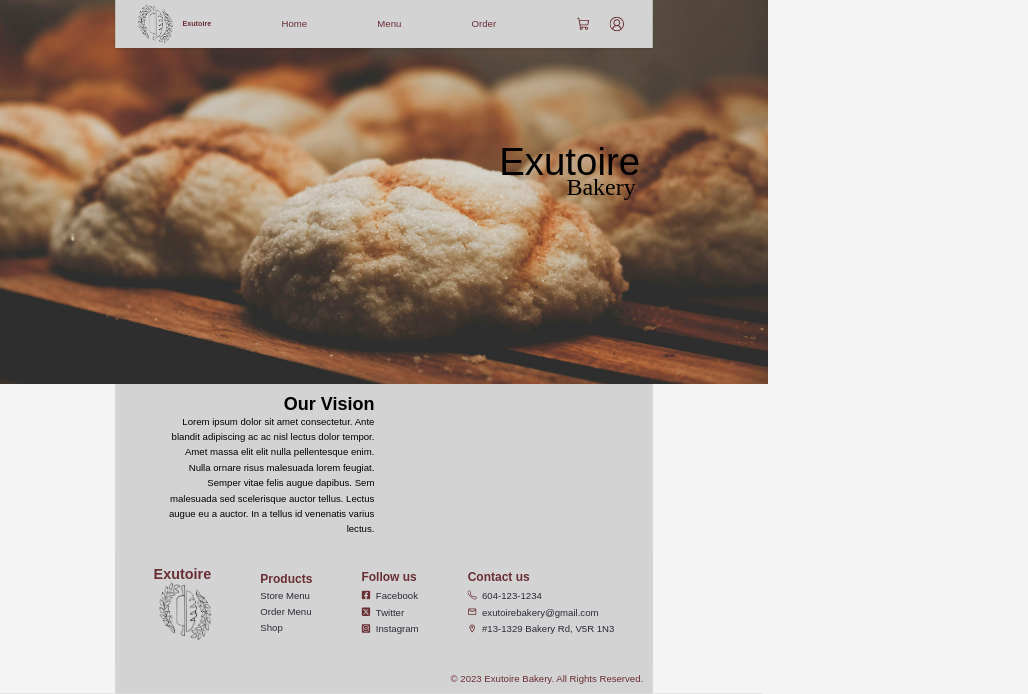
Repository: MelissaJacobi/COMP3170-final-proj
Page: /
An editor plug-in stored every save of this project. The page is shown before and after the next save, followed by the edit.
The browser window is 1280 px wide. The page is 1280 px wide, then 1714 px, so the pictures cover 1714 px, including what lies to the right of the window. The pictures show the whole page, at 60% of full size.
The project was rebuilt for these pictures with package versions that can differ from the ones it lists, and the page was loaded fresh each time. Also part of the build but not shown: vite.config.js.

Above is the page before, as saved 2024-10-05 15:45:02.

### src/main.tsx
import { StrictMode } from 'react'
import { createRoot } from 'react-dom/client'
import App from './App.tsx'
import './index.css'

 createRoot(document.getElementById('root')!).render(
   <StrictMode>
     <App />
   </StrictMode>,
 )

### src/App.tsx
import styles from  './App.module.css'
import Header from './components/Header'
import Footer from './components/Footer'
import Carousel from './components/Carousel'
import Vision from './components/Vision'

function App() {

  return (
    <>
      <Carousel></Carousel>
      <div className={styles.appContainer}>
        <Header></Header>
        <div className={styles.filler}></div>
        <Vision></Vision>
        <Footer></Footer>
      </div>
    </>
  )
}

export default App

### src/index.css
* {
  margin: 0;
  padding: 0;
  box-sizing: border-box;
}

body {
  font-family: Arial, sans-serif;
  line-height: 1.6;
  background-color: #f4f4f4;
}

:root {
  --primary-color: lightgrey;
  --secondary-color: lightblue;
  --accent-color: #6A2E35;
  --background-color: white;
  --text-color: #2E2836;
}

### src/App.module.css
.appContainer {
    width: 70%;
    height: 100%;
    margin: auto;
    background-color: lightgrey;
}

.filler {
    height: 35rem;
}

### src/components/Header.tsx
import styles from './Header.module.css'
import logo from "../assets/images/logo.png"
import { PiShoppingCart } from "react-icons/pi";
import { VscAccount } from "react-icons/vsc";

export default function Header() {

  return (
    <>
      <div className={styles.container}>
        <div>
            <img src={logo} alt="Logo" className={styles.logo}/>
            <p className={styles.siteTitle}>Exutoire</p>
        </div>
        <a className={styles.links}>Home</a>
        <a className={styles.links}>Menu</a>
        <a className={styles.links}>Order</a>
        <div>
          <PiShoppingCart className={styles.icon}/>
          <VscAccount className={styles.icon}/>
        </div>
      </div>
    </>
  )
}

### src/components/Footer.tsx
import logo from "../assets/images/logo.png"
import styles from "./Footer.module.css"
import { FaFacebookSquare } from "react-icons/fa";
import { FaSquareXTwitter } from "react-icons/fa6";
import { FaInstagramSquare } from "react-icons/fa";
import { SlPhone } from "react-icons/sl";
import { MdOutlineMailOutline } from "react-icons/md";
import { MdOutlineLocationOn } from "react-icons/md";

export default function Footer() {

  return (
    <>
      <div className={styles.container}>
        <div>
            <p className={styles.siteTitle}>Exutoire</p>
            <img src={logo} alt="Logo" className={styles.logo}/>
        </div>
        <ul>
          <p>Products</p>
          <li>Store Menu</li>
          <li>Order Menu</li>
          <li>Shop</li>
        </ul>
        <ul>
          <p>Follow us</p>
          <li><FaFacebookSquare className={styles.socialIcon}/>Facebook</li>
          <li><FaSquareXTwitter className={styles.socialIcon}/>Twitter</li>
          <li><FaInstagramSquare className={styles.socialIcon}/>Instagram</li>
        </ul>
        <ul>
          <p>Contact us</p>
          <li><SlPhone  className={styles.socialIcon}/>604-123-1234</li>
          <li><MdOutlineMailOutline className={styles.socialIcon}/>exutoirebakery@gmail.com</li>
          <li><MdOutlineLocationOn className={styles.socialIcon}/>#13-1329 Bakery Rd, V5R 1N3</li>
        </ul>
      </div>
      <p className={styles.copywrite}>© 2023 Exutoire Bakery.  All Rights Reserved.</p>
    </>
  )
}

### src/components/Carousel.tsx
import styles from "./Carousel.module.css"
import banner from "../assets/images/banner.jpg"

function Carousel() {

  return (
    <>
        <h1 className={styles.header}>Exutoire</h1>
        <p className={styles.subtitle}>Bakery</p>
        <img src={banner} alt="banner image" className={styles.banner}></img>
    </>
  )
}

export default Carousel

### src/components/Vision.tsx
import styles from  './Vision.module.css'

function Vision() {

  return (
    <>
        <div className={styles.vision}>
            <div className={styles.visionText}>
                <h2>Our Vision</h2>
                <p>Lorem ipsum dolor sit amet consectetur. Ante blandit adipiscing ac ac nisl lectus dolor tempor. Amet massa elit elit nulla pellentesque enim. Nulla ornare risus malesuada lorem feugiat. Semper vitae felis augue dapibus. Sem malesuada sed scelerisque auctor tellus. Lectus augue eu a auctor. In a tellus id venenatis varius lectus.</p>
            </div>
            <div className={styles.visionPic}></div>
        </div>
    </>
  )
}

export default Vision

### src/components/Header.module.css
.container {
    background-color: var(--primary-color);
    width: 100%;
    height: 5rem;
    display: flex;
    align-items: center;
    justify-content: space-between;
    padding: 2rem;
    position: sticky;
    top: 0;
    z-index: 1000;
    box-shadow: 0 2px 4px rgba(0, 0, 0, 0.1);
}

.logo {
    height: 4rem;
    width: 4rem;
}

.siteTitle {
    font-size: 12px;
    font-style: normal;
    font-weight: 700;
    line-height: normal;
    margin-left: 1rem;
    color: var(--accent-color)
}

.container div {
    display: flex;
    align-items: center;
}

.links {
    font-size: 16px;
    font-style: normal;
    font-weight: 400;
    line-height: normal;
    color: var(--accent-color)
}

.icon {
    height: 1.5rem;
    width: 1.5rem;
    margin: 1rem;
    color: var(--accent-color)
}

### src/components/Footer.module.css
.container {
    background-color: var(--primary-color);
    height: 100%;
    width: 100%;
    display: flex;
    align-items: center;
    justify-content: space-between;
    padding: 2rem 4rem;
}

.container div{
    text-align: center;
}

.logo {
    width: 6rem;
    height: 6rem;
}

.siteTitle {
    font-size: 24px;
    font-style: normal;
    font-weight: 700;
    line-height: normal;
    color: var(--accent-color)
}

.container ul p {
    color: var(--accent-color);
    font-size: 20px;
    font-style: normal;
    font-weight: 700;
    line-height: normal;
}

.container ul li {
    font-size: 16px;
    font-style: normal;
    font-weight: 400;
    line-height: normal;
    margin: 0.5rem 0rem;
    padding: 0;
    list-style-type: none;
    color: var(--text-color)
}

.socialIcon {
    transform: translateY(0.1rem);
    color: var(--accent-color);
    margin-right: 0.5rem;
}

.copywrite {
    width: 100%;
    text-align: right;
    padding: 1rem;
    font-size: 16px;
    font-style: normal;
    font-weight: 400;
    line-height: normal;
    color: var(--accent-color)
}

### src/components/Carousel.module.css
.banner {
    width: 100%;
    height: 40rem;
    background-color: var(--secondary-color);
    position: absolute;
    object-fit: cover;
}

.header {
    position: absolute;
    top: 50%;
    left: 50%;
    transform: translate(12rem, -8rem);
    z-index: 1000;
    font-size: 64px;
    font-style: normal;
    font-weight: 400;
    line-height: normal;
}

.subtitle {
    color: var(--Black, #000);
    font-family: "Inria Sans";
    font-size: 40px;
    font-style: normal;
    font-weight: 400;
    line-height: normal;
    top: 50%;
    left: 50%;
    transform: translate(19rem, -4.5rem);
    z-index: 999;
    position: absolute;
}

### src/components/Vision.module.css
.vision {
    width: 100%;
    display: flex;
    padding: 0rem 4rem;
}

.visionText {
    width: 50%;
    height: 100%;
    padding: 1rem;
}

.visionText h2 {
    font-size: 30px;
    font-style: normal;
    font-weight: 700;
    line-height: normal;
    text-align: right;
}

.vision p {
    text-align: right;
}

.visionPic {
    width: 50%;
    height: 100%;
}

Loaded but not shown: index.html (common file)

After the next save:
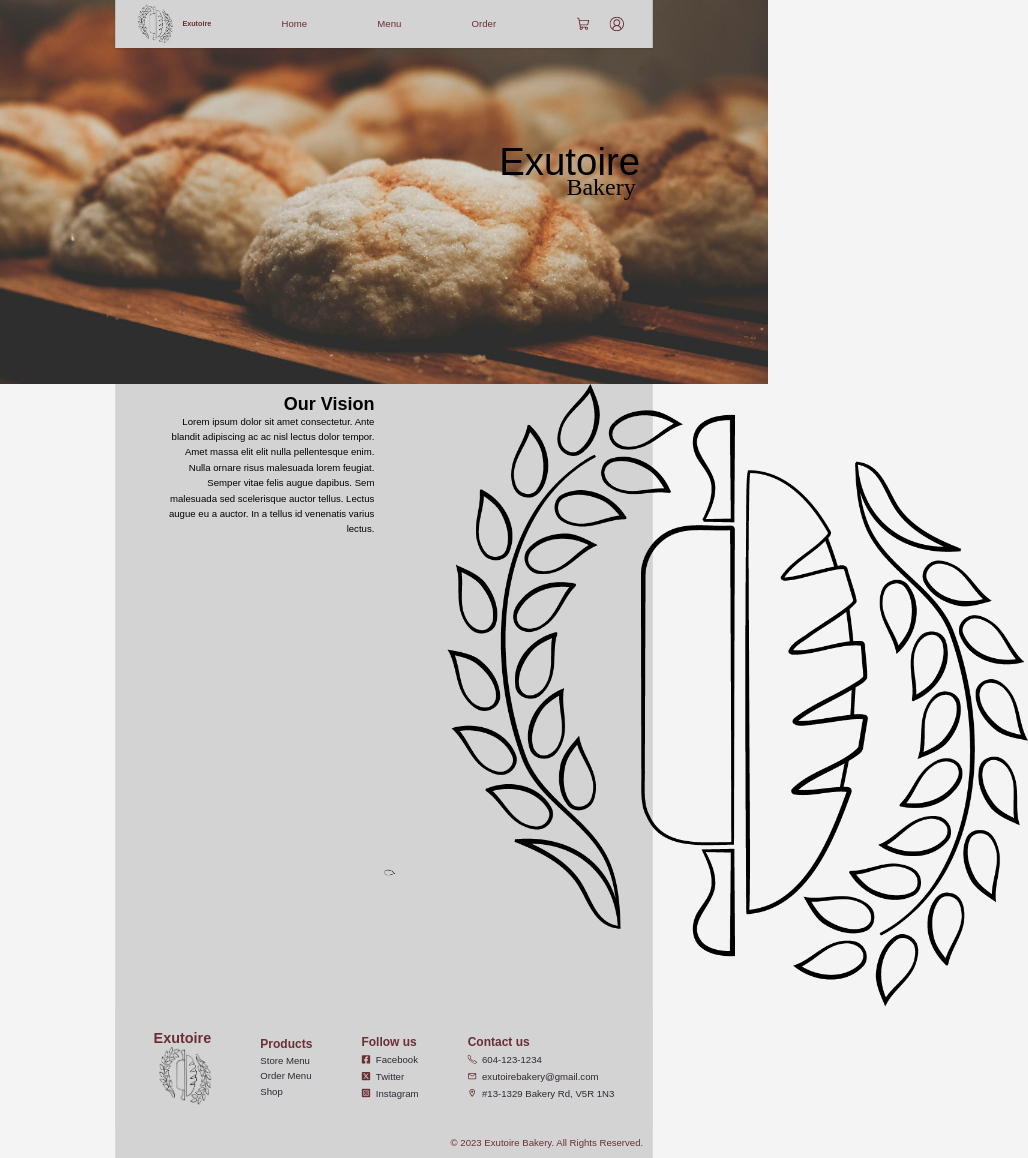
Saved 105 s later.
--- a/src/components/Vision.tsx
+++ b/src/components/Vision.tsx
@@ -1,4 +1,5 @@
 import styles from  './Vision.module.css'
+import logo from "../assets/images/logo.png"
 
 function Vision() {
 
@@ -9,7 +10,9 @@ function Vision() {
                 <h2>Our Vision</h2>
                 <p>Lorem ipsum dolor sit amet consectetur. Ante blandit adipiscing ac ac nisl lectus dolor tempor. Amet massa elit elit nulla pellentesque enim. Nulla ornare risus malesuada lorem feugiat. Semper vitae felis augue dapibus. Sem malesuada sed scelerisque auctor tellus. Lectus augue eu a auctor. In a tellus id venenatis varius lectus.</p>
             </div>
-            <div className={styles.visionPic}></div>
+            <div className={styles.visionPic}>
+                <img src={logo} alt="Logo" className={styles.logo}/>
+            </div>
         </div>
     </>
   )
